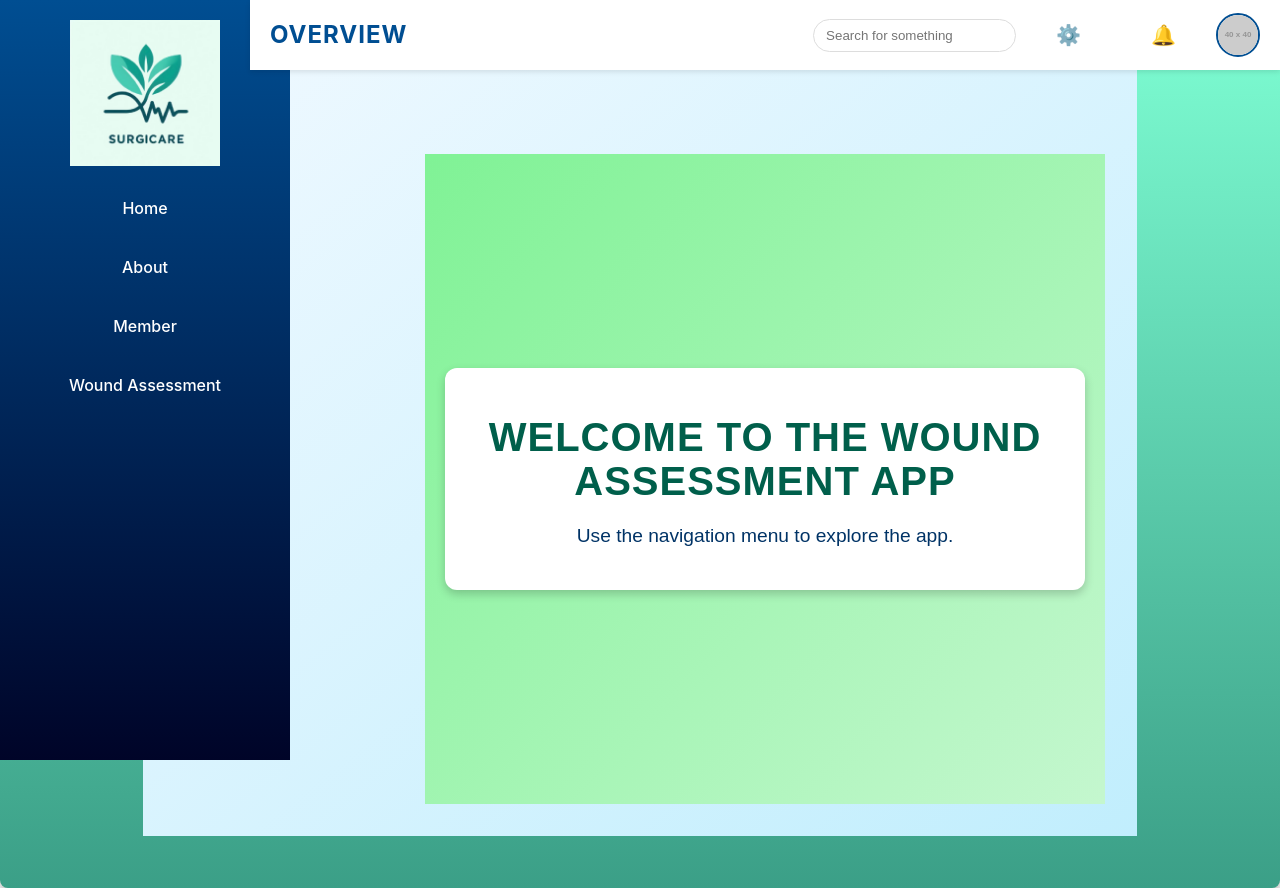
Repository: Jinwoo290350/Surgicare-Vue
Page: / (app in surgicare/)
These files come from the project's save history. The page is drawn as it stood at one moment and after the next save; the edit follows.
The browser window is 1280 px wide. The pictures show the whole page.
The project was rebuilt for these pictures with package versions that can differ from the ones it lists, and the page was loaded fresh each time. Also part of the build but not shown: surgicare/vite.config.js, surgicare/src/views/About.vue, surgicare/src/views/Member.vue, surgicare/src/components/WoundAssessment.vue.

Above is the page before, as saved 2024-12-30 15:09:06.
Console error: TypeError: Cannot read properties of null (reading 'getContext')

After the next save:
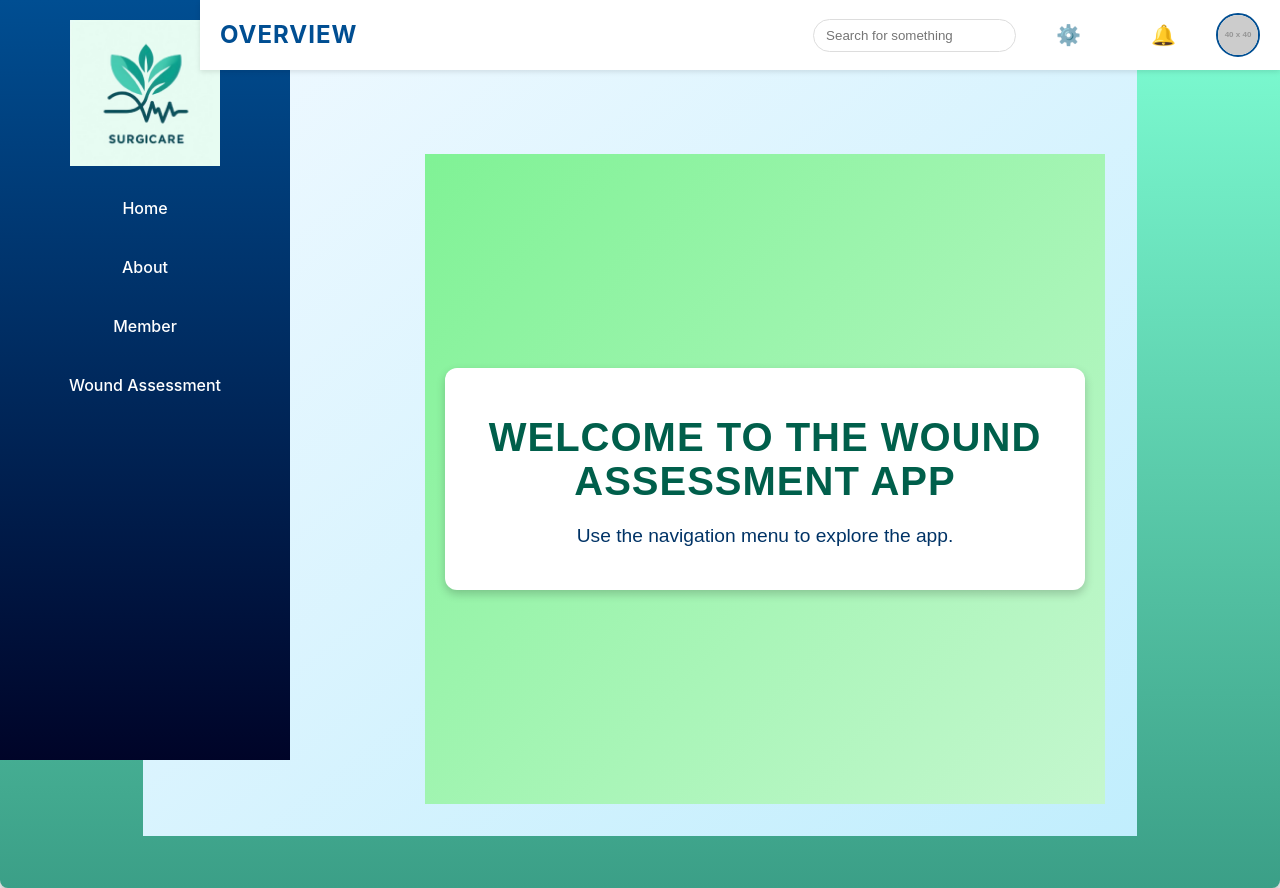
Saved 107 s later.
--- a/surgicare/src/App.vue
+++ b/surgicare/src/App.vue
@@ -88,7 +88,7 @@ body {
 .header {
   position: fixed;
   top: 0;
-  left: 250px; /* Offset for the sidebar */
+  left: 200px; /* Offset for the sidebar */
   right: 0;
   height: 70px;
   background: white;
